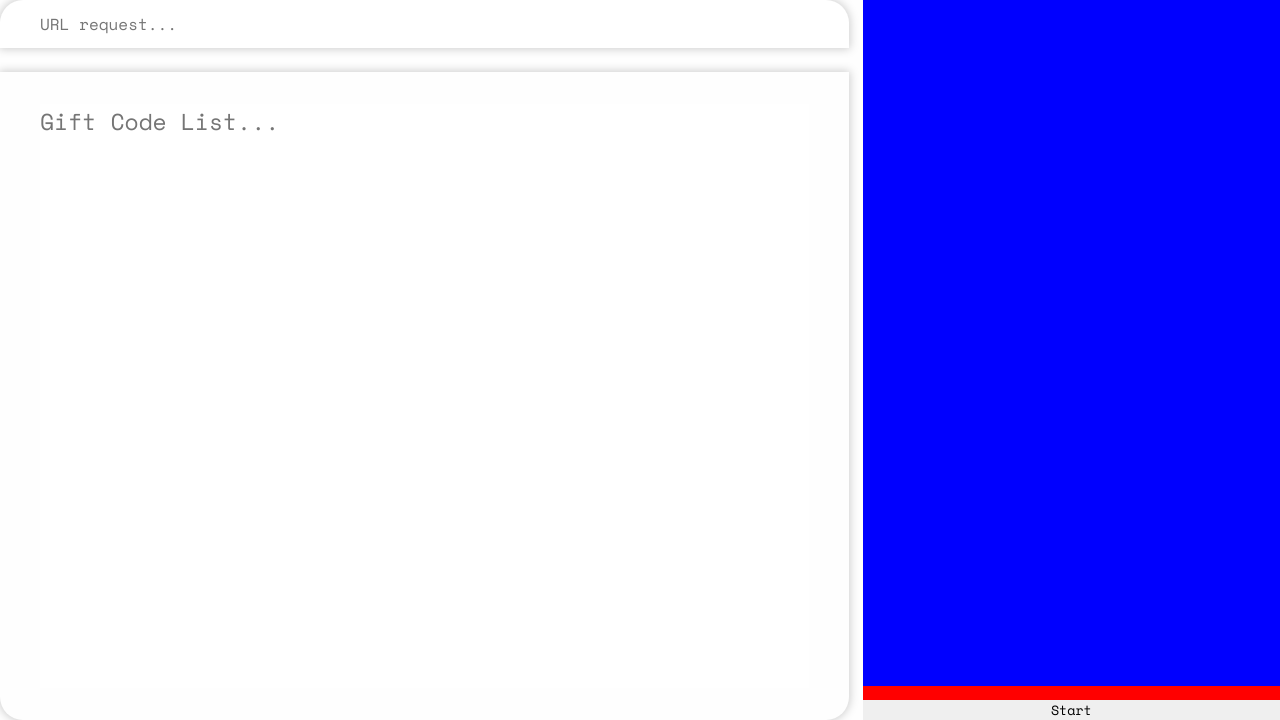
Repository: 777hanh777hanh/test
Page: index.html
The author's editor kept a copy of each file at every save. The page is drawn from the files as they stood at one save, then again after the next save.
The browser window is 1280 px wide. The pictures show the whole page.

Above is the page before, as saved 2023-06-30 17:26:40.

### index.html
<!DOCTYPE html>
<html lang="en">
    <head>
        <meta charset="UTF-8" />
        <meta name="viewport" content="width=device-width, initial-scale=1.0" />
        <title>Request API</title>
        <!-- Fonts -->
        <link rel="preconnect" href="https://fonts.googleapis.com" />
        <link rel="preconnect" href="https://fonts.gstatic.com" crossorigin />
        <link
            href="https://fonts.googleapis.com/css2?family=Space+Mono:wght@400;700&display=swap"
            rel="stylesheet"
        />
        <!-- CSS -->
        <link rel="stylesheet" href="./assets/css/reset.css" />
        <link rel="stylesheet" href="./assets/css/style.css" />
    </head>
    <body>
        <div class="inner">
            <!-- Input URL -->
            <div class="url-block">
                <input type="text" name="" id="url" class="url" placeholder="URL request..."></input>
            </div>
            <!-- Text Area -->
            <div class="giftCode-block">
                <textarea name="" id="giftCode" class="giftCode" placeholder="Gift Code List..."></textarea>
            </div>

            <!-- Result Block -->
            <div class="result-block">
                <div class="result"></div>
                <button class="btn">Start</button>
            </div>
        </div>
        <script src="./assets/js/main.js"></script>
    </body>
</html>

### assets/css/reset.css
html,
body,
div,
span,
applet,
object,
iframe,
h1,
h2,
h3,
h4,
h5,
h6,
p,
blockquote,
pre,
a,
abbr,
acronym,
address,
big,
cite,
code,
del,
dfn,
em,
img,
ins,
kbd,
q,
s,
samp,
small,
strike,
strong,
sub,
sup,
tt,
var,
b,
u,
i,
center,
dl,
dt,
dd,
ol,
ul,
li,
fieldset,
form,
label,
legend,
table,
caption,
tbody,
tfoot,
thead,
tr,
th,
td,
article,
aside,
canvas,
details,
embed,
figure,
figcaption,
footer,
header,
hgroup,
menu,
nav,
output,
ruby,
section,
summary,
time,
mark,
audio,
video {
    margin: 0;
    padding: 0;
    border: 0;
    font-size: 100%;
    font: inherit;
    vertical-align: baseline;
}
/* HTML5 display-role reset for older browsers */
article,
aside,
details,
figcaption,
figure,
footer,
header,
hgroup,
menu,
nav,
section {
    display: block;
}
body {
    line-height: 1;
}
ol,
ul {
    list-style: none;
}
blockquote,
q {
    quotes: none;
}
blockquote:before,
blockquote:after,
q:before,
q:after {
    content: '';
    content: none;
}
table {
    border-collapse: collapse;
    border-spacing: 0;
}

button,
input,
textarea,
[tabindex] {
    outline: none;
    border: none;
    font-family: inherit;
}

a {
    text-decoration: none;
}

### assets/css/style.css
:root {
    --text-color: #333;
    --font-family: 'Space Mono', monospace;
}

* {
    padding: 0;
    margin: 0;
    box-sizing: border-box;
}

html {
    font-size: 62.5%;
}

body {
    min-height: 100vh;
    font-family: var(--font-family, 'system-ui');
    -webkit-font-smoothing: antialiased;
    -moz-osx-font-smoothing: grayscale;
    font-size: 1.6rem;
    overflow: overlay;
    background: #fefefe;
}

html *::-webkit-scrollbar {
    border-radius: 0;
    width: 8px;
}
html *::-webkit-scrollbar-thumb {
    border-radius: 4px;
    background-color: rgba(22, 24, 35, 0.06);
}
html *::-webkit-scrollbar-track {
    border-radius: 0;
    background-color: rgba(0, 0, 0, 0);
}

/* CSS */
.inner {
    min-height: 100vh;
    display: grid;
    grid-template-columns: repeat(3, 1fr);
    grid-template-rows: auto 3fr;
    grid-template-areas:
        'url url result'
        'giftCode giftCode result';
    column-gap: 14px;
    row-gap: 24px;
}

/* Input Block */
.url-block {
    grid-area: url;
}

.url {
    display: block;
    padding: 12px 40px;
    width: 100%;
    height: 100%;
    font-size: 1.6rem;
    border-radius: 23px 23px 0 0;
    box-shadow: 0 0 10px 1px #ccc;
}

.giftCode-block {
    grid-area: giftCode;
    padding: 32px 40px;
    border-radius: 0 0 23px 23px;
    box-shadow: 0 0 10px 1px #ccc;
}

.giftCode {
    display: block;
    width: 100%;
    height: 100%;
    font-size: 2.3rem;
    font-family: var(--font-family, 'monospace');
    resize: none;
}

.result-block {
    grid-area: result;
    display: flex;
    flex-direction: column;
    background: red;
    row-gap: 14px;
}

.result {
    flex-grow: 1;
    background-color: blue;
}

Loaded but not shown: assets/js/main.js (no stored copy; drawn as an empty file)

After the next save:
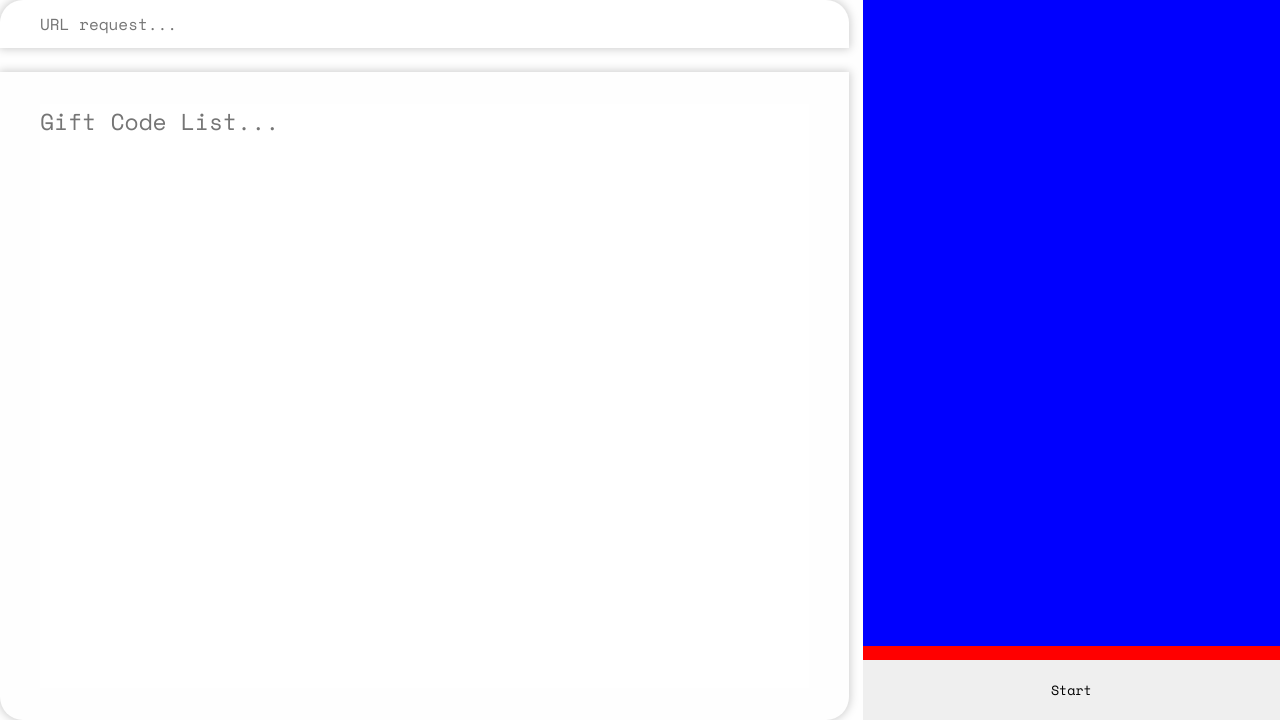
Saved 25 s later.
--- a/assets/css/style.css
+++ b/assets/css/style.css
@@ -92,3 +92,7 @@ html *::-webkit-scrollbar-track {
     flex-grow: 1;
     background-color: blue;
 }
+
+.btn {
+    padding: 20px;
+}
